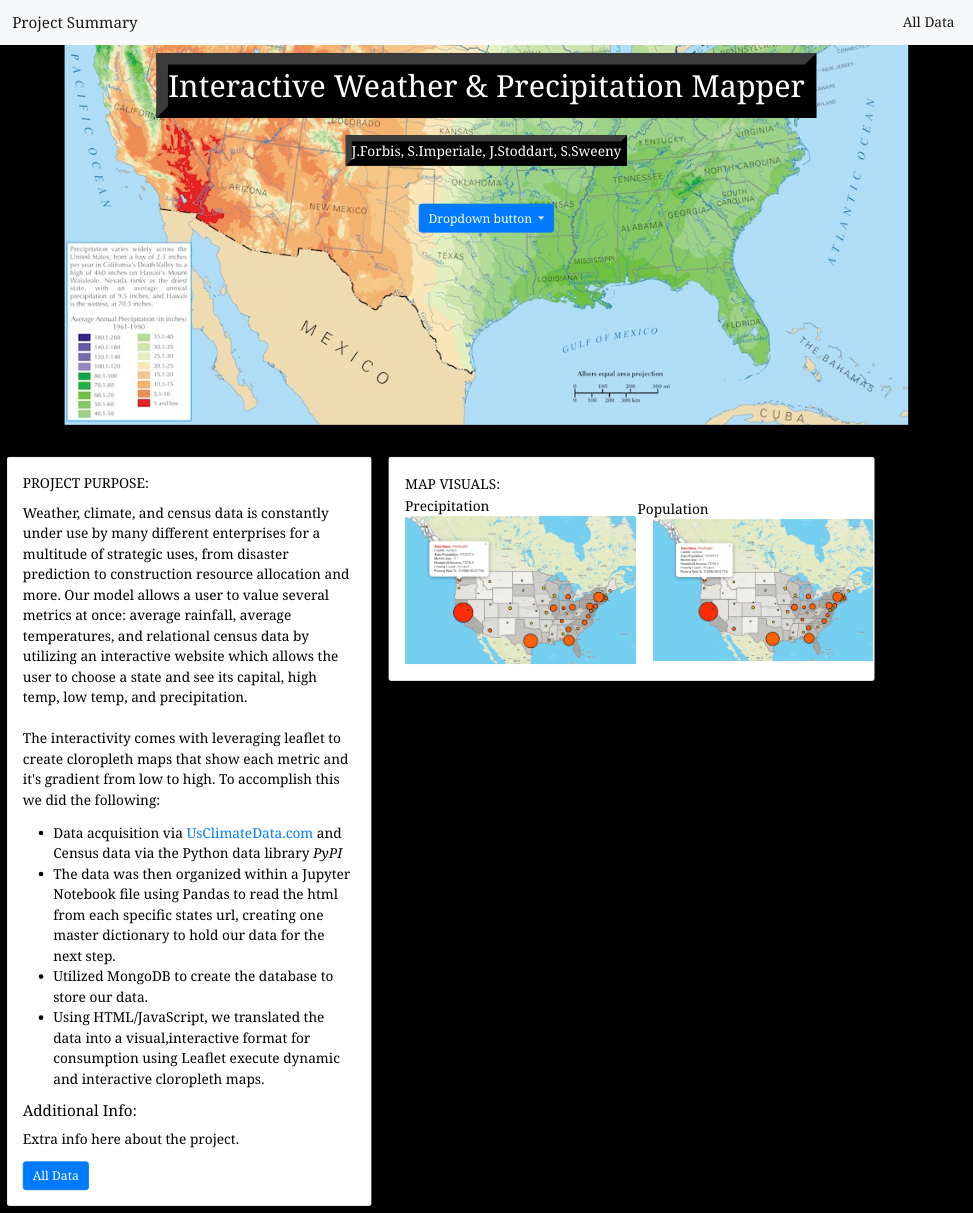
Repository: jforbis/project3-weathermap
Page: http://localhost/
The author's editor kept a copy of each file at every save. The page is drawn from the files as they stood at one save, then again after the next save.
The browser window is 1280 px wide. The pictures show the whole page, at 76% of full size.
Backgrounds fixed to the window are drawn as part of the page. The page is served by the project's application, run on Flask 3 (app.py).

Above is the page before, as saved 2021-03-16 01:37:04.

After the next save:
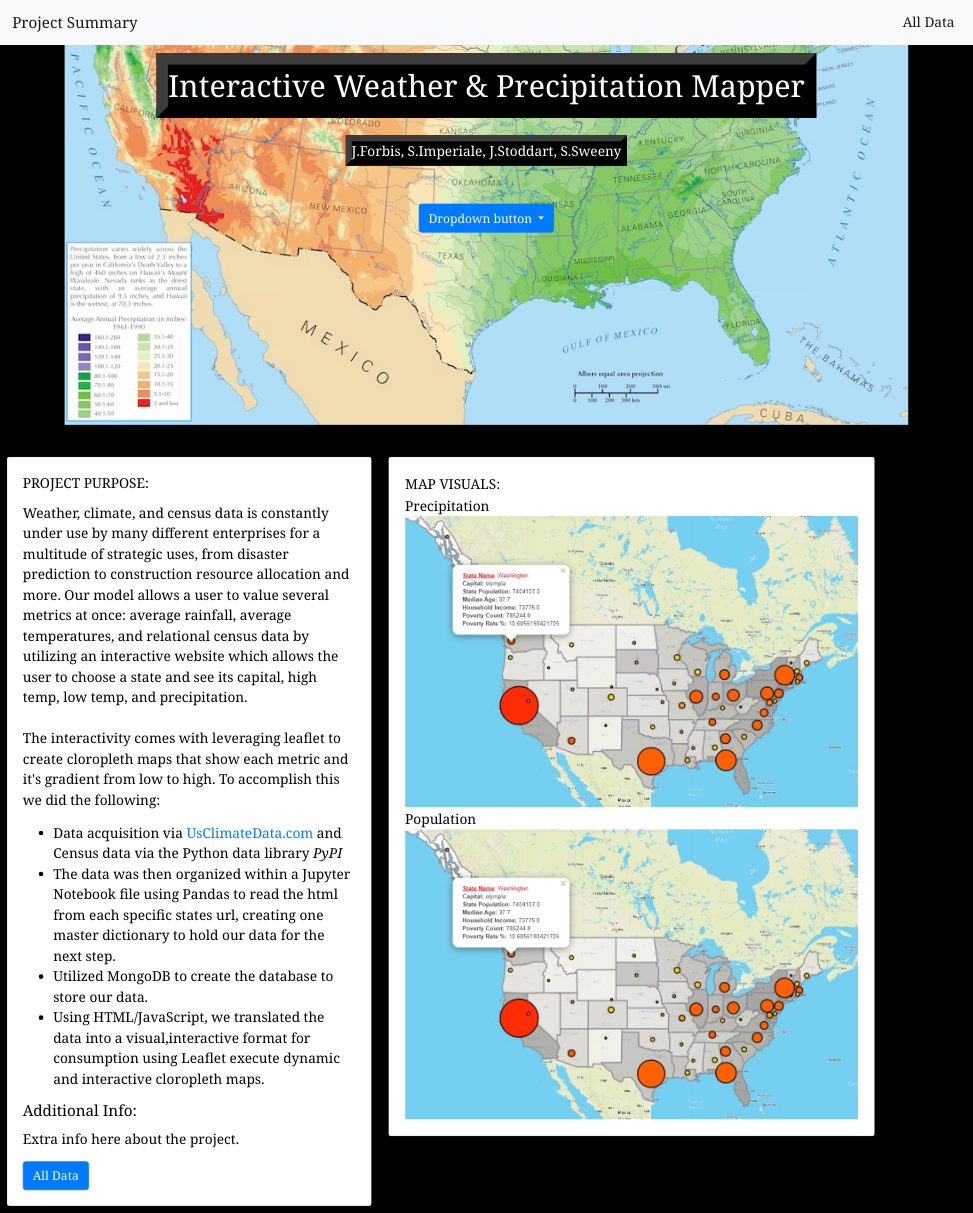
Saved 66 s later.
--- a/templates/index.html
+++ b/templates/index.html
@@ -116,15 +116,17 @@ z-index: 1071;">
                                         <!--Todo: add images of each map and specify their specific routes so they are clickable-->
                                     <td class="card-title" colspan=2>MAP VISUALS:</td>
                                     </tr>
-                                                                        <tr>
+                                    <tr>
                                         <td>Precipitation
                                             <a href="/maps">
                                                 <img src="{{ url_for('static',filename='../static/images/choropleth_pop.jpg') }}" class="card-img-top" alt="...">
                                         </a>
                                         </td>
+                                    </tr>
+                                    <tr>
                                         <td>Population
                                             <a href="/state">
-                                                <img style="margin-left:20px" src="{{ url_for('static',filename='../static/images/choropleth_pop.jpg') }}" class="card-img-top" alt="...">
+                                                <img src="{{ url_for('static',filename='../static/images/choropleth_pop.jpg') }}" class="card-img-top" alt="...">
                                             </a>
                                         </td>
                                     </tr>
